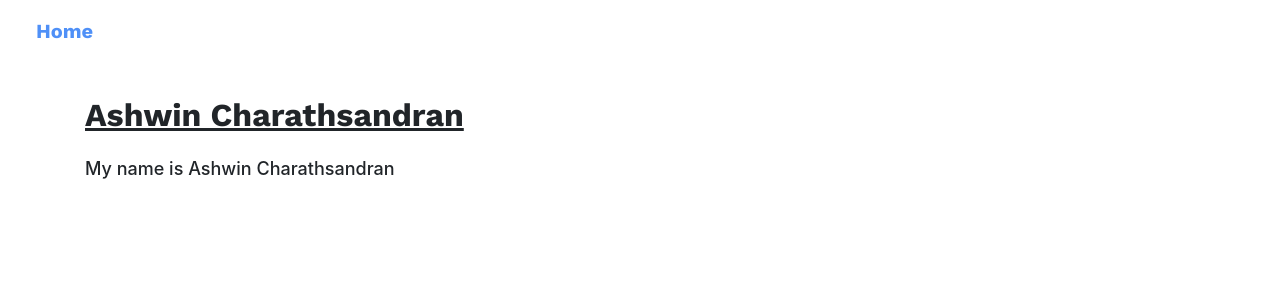
Repository: xxiz/ashwin.lol_flask
Page: http://localhost/
An editor plug-in stored every save of this project. The page is shown before and after the next save, followed by the edit.
The browser window is 1280 px wide. The pictures show the whole page.
The page is served by the project's application, run on Flask 3 (app.py).

Above is the page before, as saved 2021-08-29 20:24:55.

### templates/index.html
{% extends 'base.html'%}
{% block content %}
    <h1>Ashwin Charathsandran</h1>
    <h3 class="description">My name is Ashwin Charathsandran</h3>
{% endblock %}

### templates/base.html
<!DOCTYPE html>
<html lang="en">
<head>
    <meta charset="UTF-8">
    <meta http-equiv="X-UA-Compatible" content="IE=edge">
    <meta name="viewport" content="width=device-width, initial-scale=1.0">
    <meta name="viewport" content="width=device-width, initial-scale=1">
    <link rel="stylesheet" href="https://stackpath.bootstrapcdn.com/bootstrap/4.1.3/css/bootstrap.min.css" integrity="sha384-MCw98/SFnGE8fJT3GXwEOngsV7Zt27NXFoaoApmYm81iuXoPkFOJwJ8ERdknLPMO" crossorigin="anonymous">
    <link href='https://css.gg/home-alt.css' rel='stylesheet'>
    <link rel="stylesheet" href="static/app.css">
    <title>{{ title }}</title>
</head>
<body>
  <header>
    <nav>
      <a href="">Home</a>
    </nav>
  </header>
  <main>
    <div class="container">
      {% block content %} {% endblock %}
  </div>
  </main>
    <script src="https://code.jquery.com/jquery-3.3.1.slim.min.js" integrity="sha384-q8i/X+965DzO0rT7abK41JStQIAqVgRVzpbzo5smXKp4YfRvH+8abtTE1Pi6jizo" crossorigin="anonymous"></script>
    <script src="https://cdnjs.cloudflare.com/ajax/libs/popper.js/1.14.3/umd/popper.min.js" integrity="sha384-ZMP7rVo3mIykV+2+9J3UJ46jBk0WLaUAdn689aCwoqbBJiSnjAK/l8WvCWPIPm49" crossorigin="anonymous"></script>
    <script src="https://stackpath.bootstrapcdn.com/bootstrap/4.1.3/js/bootstrap.min.js" integrity="sha384-ChfqqxuZUCnJSK3+MXmPNIyE6ZbWh2IMqE241rYiqJxyMiZ6OW/JmZQ5stwEULTy" crossorigin="anonymous"></script>
</body>
</html>

### app.py
from flask import Flask, request
from web.content import index_page, projects_page
web = Flask(__name__)
web.config['SQLALCHEMY_TRACK_MODIFICATIONS'] = False

@web.route('/')
def index():
    return index_page()

@web.route('/projects')
def projects():
    return projects_page()

### web/content.py
from flask import render_template
import json

# Page Content
prefix = "Ashwin Charathsandran — "

# Meta Tags
preview_message = ""
preview_title = ""
preview_image = ""

with open('web/projects.json', 'r') as file:
    projects = json.load(file)

def index_page():
    return render_template('index.html',
    title = prefix + "Welcome!",
    preview_title = preview_title,
    preview_image = preview_image,
    preview_message = preview_message)

def projects_page():
    return render_template('projects.html',
    title = prefix + "Projects",
    items = projects,
    preview_title = preview_title,
    preview_image = preview_image,
    preview_message = preview_message)

### web/projects.json
[
        {
            "title": "Vernon",
            "description": "Quality-focused reboot composite",
            "image_url": "http://placeimg.com/640/480"
        },
        {
            "title": "Nolan",
            "description": "Multi-layered firmware",
            "image_url": "http://placeimg.com/640/480"
        },
        {
            "title": "Reyes",
            "description": "array national",
            "image_url": "http://placeimg.com/640/480"
        }
]

### static/app.css
@import url('https://fonts.googleapis.com/css2?family=Work+Sans:wght@400;700&display=swap');

:root {
    --blue: #4f90f7;
    --red: #d93434;
}

h1 {
    font-family: 'Work Sans', sans-serif;
    font-weight: 700;
    padding-bottom: 0.5em; padding-top: 0.5em;
    text-decoration: underline;
    font-size: 32px;
}

p {
    font-family: 'Work Sans', sans-serif;
    font-weight: 400;
}

a {
    text-decoration: none;
    color: var(--blue);
}

a:hover {
    animation: hover-effect 1s infinite linear;
}

.card {
    margin-bottom: 1.5em;
}

.description {
    padding-bottom: 0.5em;
    font-size: 18px;
}
nav {
    padding: 1em;
    overflow: hidden;
    position: fixed;
    top: 0;
    width: 100%;
}

nav a {
    font-family: 'Work Sans', sans-serif;
    text-decoration: none;
    font-size: 20px;
    padding: 1em;
    font-weight: 700;
}

.navbar-logo {
    margin-right: 50px;
    width: 60px;
}

.nav-item {
    font-weight: 700;
}
main {
    padding-top: 80px;
}


@keyframes hover-effect {
    0% {
        color: var(--blue);
    }
    50% {
        color: var(--red);

    }
    100% {
        color: var(--blue);
    }
}

After the next save:
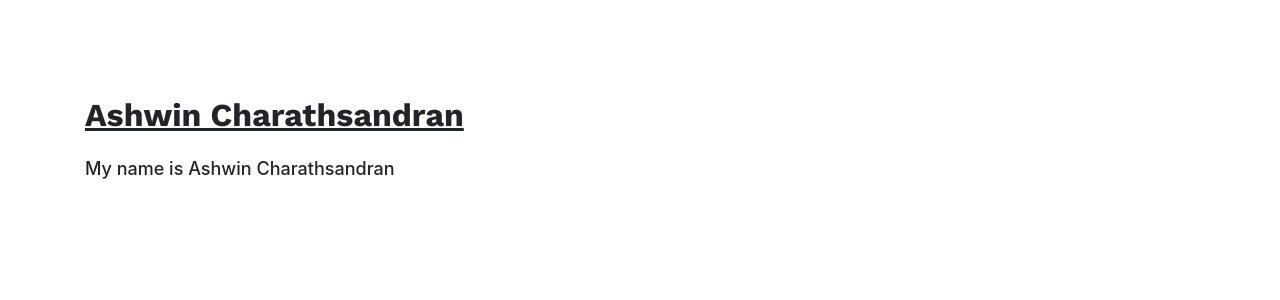
Saved 10 s later.
--- a/templates/base.html
+++ b/templates/base.html
@@ -13,7 +13,7 @@
 <body>
   <header>
     <nav>
-      <a href="">Home</a>
+      <a href=""><i class="gg-home-alt"></i></a>
     </nav>
   </header>
   <main>
